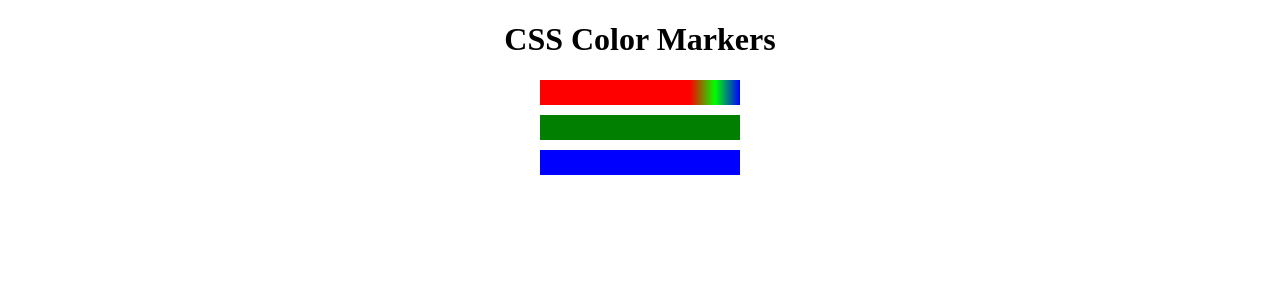
Repository: AimenDje/ColoredMarkers
Page: index.html
An editor plug-in stored every save of this project. The page is shown before and after the next save, followed by the edit.
The browser window is 1280 px wide. The pictures show the whole page.

Above is the page before, as saved 2025-05-09 01:36:02.

After the next save:
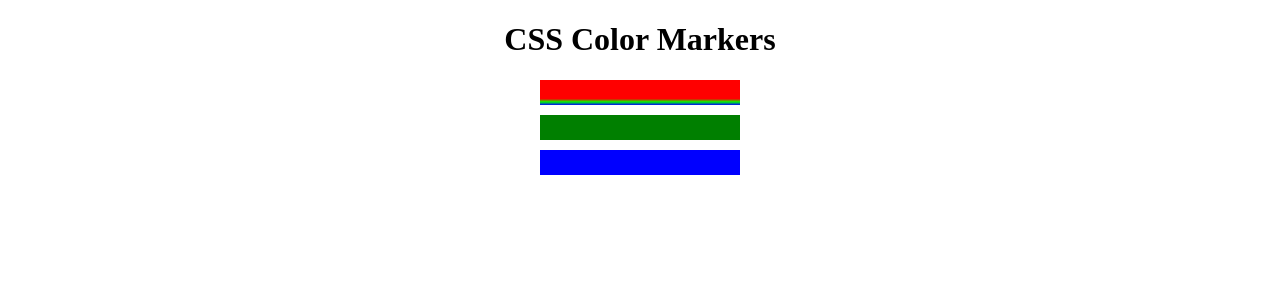
Saved 55 s later.
--- a/styles.css
+++ b/styles.css
@@ -9,7 +9,7 @@
   }
 
 .red {
-  background: linear-gradient(90deg, rgb(255, 0, 0) 75%,rgb(0, 255, 0), rgb(0, 0, 255));
+  background: linear-gradient(180deg, rgb(255, 0, 0) 75%, rgb(0, 255, 0), rgb(0, 0, 255));
 }
 
 .green {
